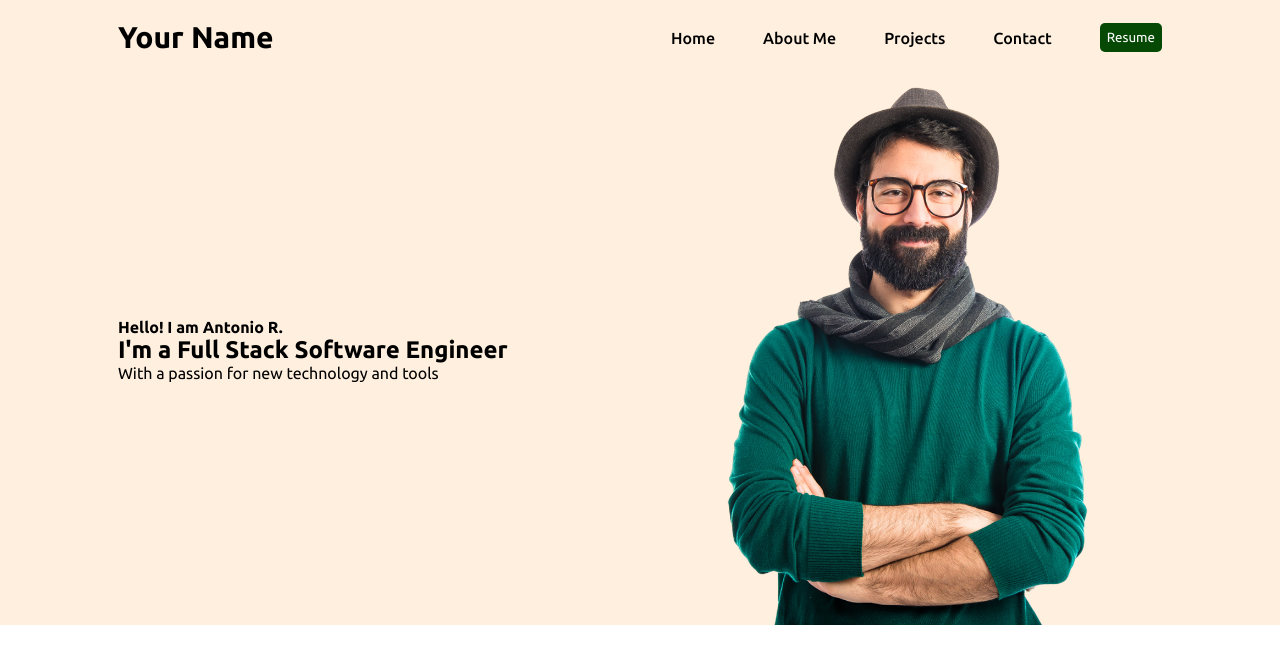
Repository: DevAntonioRogers/vanilla-portfolio
Page: index.html
These files come from the project's save history. The page is drawn as it stood at one moment and after the next save; the edit follows.
The browser window is 1280 px wide. The pictures show the whole page.

Above is the page before, as saved 2023-07-14 22:02:34.

### index.html
<!DOCTYPE html>
<html lang="en">
  <head>
    <meta charset="UTF-8" />
    <meta name="viewport" content="width=device-width, initial-scale=1.0" />
    <link rel="stylesheet" href="style.css" />
    <title>Antonio Rogers</title>
  </head>
  <body>
    <nav>
      <div class="container navbar">
        <a href="/" aria-label="Home"> <h1>Your Name</h1></a>
        <ul>
          <li>
            <a href="/" aria-label="Home">Home</a>
          </li>
          <li>
            <a href="/" aria-label="About Me">About Me</a>
          </li>
          <li>
            <a href="/" aria-label="Projects">Projects</a>
          </li>
          <li>
            <a href="/" aria-label="Contact">Contact</a>
          </li>
          <li>
            <a href="/resume.pdf" download aria-label="Download Resume">
              <button class="navbar-button">Resume</button>
            </a>
          </li>
        </ul>
      </div>
    </nav>

    <section class="hero">
      <div class="container hero-container">
        <div>
          <h4>Hello! I am Antonio R.</h4>
          <h1>I'm a Full Stack Software Engineer</h1>
          <p>With a passion for new technology and tools</p>
        </div>

        <div class="hero-image-container">
          <img src="hero.png" alt="" />
        </div>
      </div>
    </section>
  </body>
</html>

### style.css
@import url("https://fonts.googleapis.com/css2?family=Ubuntu:wght@300;400;500;700&display=swap");

* {
  box-sizing: border-box;
  padding: 0;
  margin: 0;
  font-family: "Ubuntu", sans-serif;
}

a {
  text-decoration: none;
  color: inherit;
}

li {
  list-style: none;
}

.container {
  width: 89%;
  margin: auto;
  max-width: 1044px;
}

/* NAVBAR STYLING */

nav {
  background: #feefde;
  padding: 20px 0;
}

.navbar {
  display: flex;
  justify-content: space-between;
  align-items: center;
}

.navbar h1 {
  font-size: 30px;
  font-weight: 700;
}

.navbar ul {
  display: flex;
  align-items: center;
  gap: 3rem;
}

.navbar ul li {
  font-weight: 500;
}

.navbar-button {
  background-color: rgb(5, 73, 5);
  padding: 7px 7px;
  border-radius: 5px;
  color: white;
  border: none;
}

/* HERO STYLES */

.hero {
  background-color: #feefde;
}

.hero-container {
  display: grid;
  grid-template-columns: repeat(2, minmax(0, 1fr));
  align-items: center;
  gap: 1.5rem;
}

.hero-image-container {
  display: flex;
  justify-content: center;
  align-items: center;
}

.hero-container img {
  height: 550px;
  position: relative;
}

After the next save:
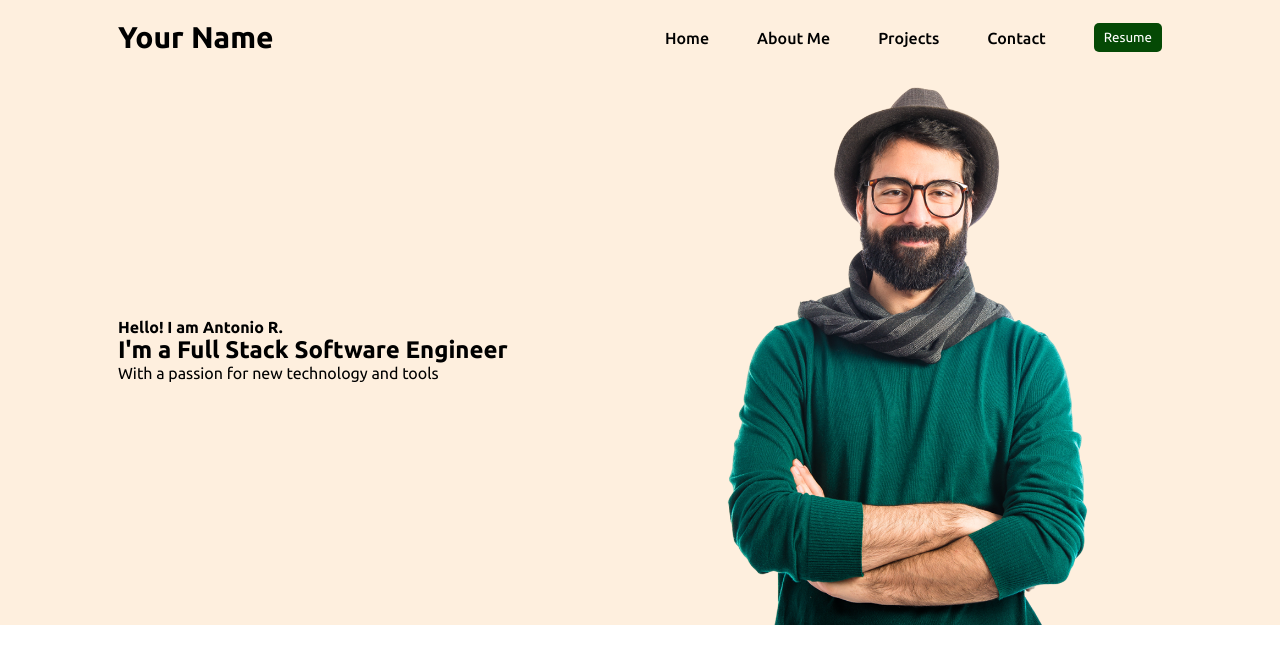
Saved 8 s later.
--- a/style.css
+++ b/style.css
@@ -52,7 +52,7 @@ nav {
 
 .navbar-button {
   background-color: rgb(5, 73, 5);
-  padding: 7px 7px;
+  padding: 7px 10px;
   border-radius: 5px;
   color: white;
   border: none;
